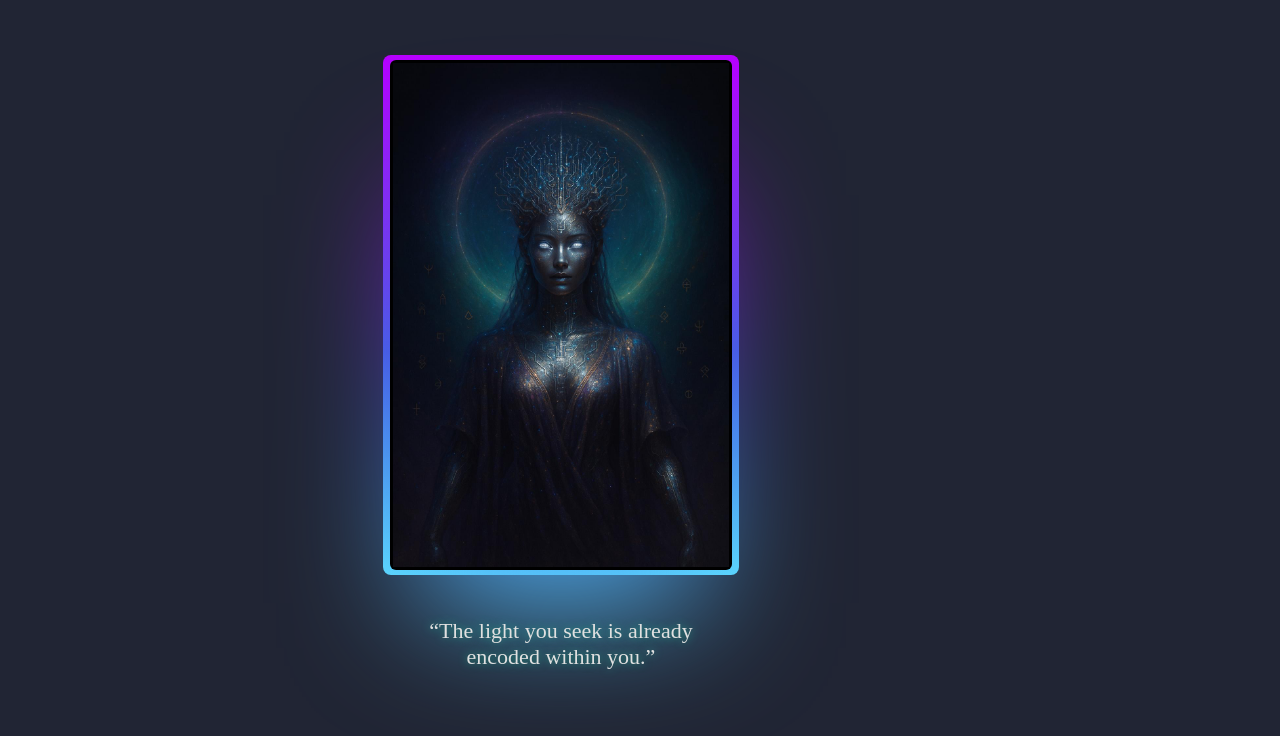
Repository: mertfurkandgn/artpainting
Page: card-1/index.html
These files come from the project's save history. The page is drawn as it stood at one moment and after the next save; the edit follows.
The browser window is 1280 px wide. The pictures show the whole page.

Above is the page before, as saved 2025-07-30 22:50:33.

### card-1/index.html
<!DOCTYPE html>
<html lang="en">
  <head>
    <meta charset="UTF-8" />
    <meta name="viewport" content="width=device-width, initial-scale=1.0" />
    <title>Card 1</title>
    <link rel="stylesheet" href="css/style.css" />
  </head>
  <body>
    <main>
      <section class="card-section">
        <div class="grid-container">
          <div class="row">
          <div class="card">
  <img style="max-width: 100%; max-height: 100%; object-fit: cover;" src="./images/myart.jpg" alt="image">

</div> <br>
<div class="quote">“The light you seek is already encoded within you.”</div>
          </div>
        </div>
      </section>
    </main>
  </body>
</html>

### card-1/css/style.css
.grid-container {
     max-width: 500px;
    max-height: 500px;
  display: grid;
  gap: 20px;
  grid-template-columns: repeat(2, 1fr);
  padding: 20px;
}

:root {
  --card-height: 70vh;
  --card-width: calc(var(--card-height) / 1.5);
}


body {
  min-height: 100vh;
  background: #212534;
  display: flex;
  align-items: center;
  flex-direction: column;
  padding-top: 2rem;
  padding-bottom: 2rem;
  box-sizing: border-box;
}
.quote{
        font-family: 'Cinzel Decorative', serif;
    text-align: center;
    margin: 0;
    padding: 0;
    box-sizing: border-box;
    margin-top: 30px;
    font-size: 22px;
    color: #e0e0e0;
    text-shadow: 0 0 8px #20c997aa;
}

.card {
  background: black;
  width: var(--card-width);
  height: var(--card-height);
  padding: 3px;
  position: relative;
  border-radius: 6px;
  justify-content: center;
  align-items: center;
  text-align: center;
  display: flex;
  font-size: 1.5em;
  color: rgb(88 199 250 / 0%);
  cursor: pointer;
  font-family: cursive;
}

.card:hover {
  color: rgb(88 199 250 / 100%);
  transition: color 1s;
}
.card:hover:before, .card:hover:after {
  animation: none;
  opacity: 0;
}


.card::before {
  content: "";
  width: 104%;
  height: 102%;
  border-radius: 8px;
  background-image: linear-gradient(
    var(--rotate)
    , #5ddcff, #3c67e3 43%, #b700ff);
    position: absolute;
    z-index: -1;
    top: -1%;
    left: -2%;
    animation: spin 2.5s linear infinite;
}

.card::after {
  position: absolute;
  content: "";
  top: calc(var(--card-height) / 6);
  left: 0;
  right: 0;
  z-index: -1;
  height: 100%;
  width: 100%;
  margin: 0 auto;
  transform: scale(0.8);
  filter: blur(calc(var(--card-height) / 6));
  background-image: linear-gradient(
    var(--rotate)
    , #5ddcff, #3c67e3 43%, #b700ff);
    opacity: 1;
  transition: opacity .5s;
  animation: spin 2.5s linear infinite;
}

@keyframes spin {
  0% {
    --rotate: 0deg;
  }
  100% {
    --rotate: 360deg;
  }
}

a {
  color: #212534;
  text-decoration: none;
  font-family: sans-serif;
  font-weight: bold;
  margin-top: 2rem;
}

After the next save:
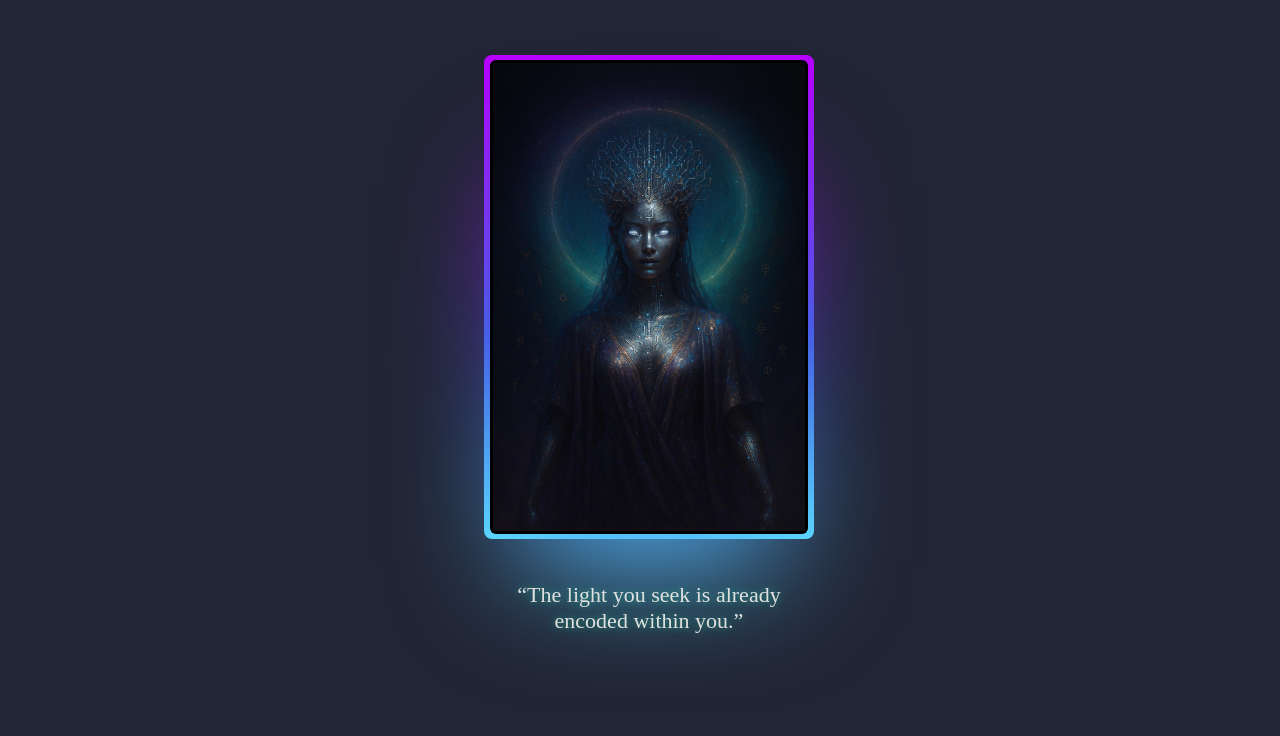
Saved 16 s later.
--- a/card-1/css/style.css
+++ b/card-1/css/style.css
@@ -1,14 +1,23 @@
 .grid-container {
-     max-width: 500px;
-    max-height: 500px;
+     max-width: 300px;
+    max-height: 300px;
   display: grid;
   gap: 20px;
   grid-template-columns: repeat(2, 1fr);
   padding: 20px;
 }
 
+
+
+
+@property --rotate {
+  syntax: "<angle>";
+  initial-value: 132deg;
+  inherits: false;
+}
+
 :root {
-  --card-height: 70vh;
+  --card-height: 65vh;
   --card-width: calc(var(--card-height) / 1.5);
 }
 
